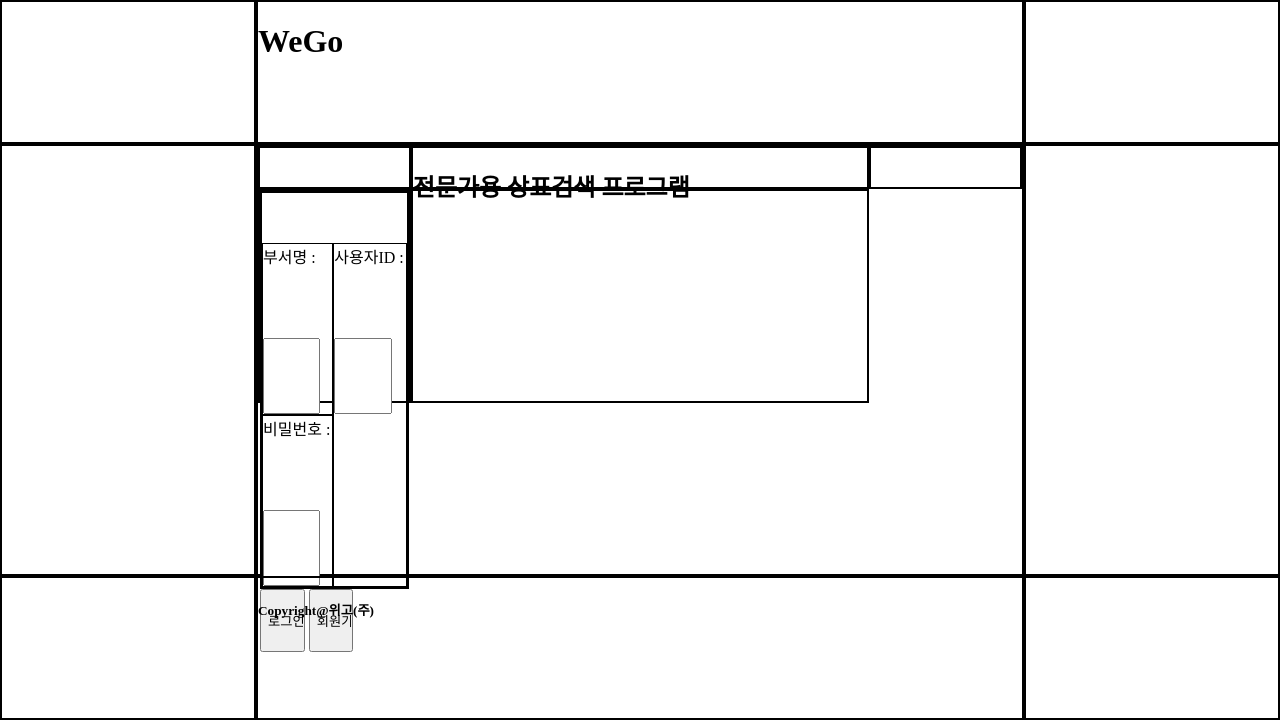
Repository: hamuse/wego1
Page: http://localhost/teamW1/facade.do
The author's editor kept a copy of each file at every save. The page is drawn from the files as they stood at one save, then again after the next save.
The browser window is 1280 px wide. The pictures show the whole page.
Some web libraries are served in a nearby version. The page is served by Tomcat 9. Other server files are loaded and not shown.

Above is the page before, as saved 2019-10-07 10:42:48.

### teamW1/WebContent/WEB-INF/views/facade/main.jsp
<%@ page language="java" contentType="text/html; charset=UTF-8"
   pageEncoding="UTF-8"%>
<%@ taglib prefix="c" uri="http://java.sun.com/jsp/jstl/core" %>
<jsp:include page="../common/head.jsp"/>
<div class="container">
<div></div><div><h2>전문가용 상표검색 프로그램</h2></div>
<div></div>

<div class="content">
<c:choose>
    <c:when test="${page eq 'login'}">
    <jsp:include page="login.jsp"/>
    </c:when>
    <c:when test="${page eq 'join'}">
    <jsp:include page="join.jsp"/>
    </c:when>
</c:choose>
</div>
<div></div>
</div>
<jsp:include page="../common/foot.jsp"/>

### teamW1/WebContent/WEB-INF/views/common/head.jsp
<%@ page language="java" contentType="text/html; charset=UTF-8"
    pageEncoding="UTF-8"%>
<!doctype html>
<html lang="en">
<head>
	<meta charset="UTF-8" />
	<title>Document</title>
	<script src='http://ajax.googleapis.com/ajax/libs/jquery/1.11.3/jquery.min.js'></script>
	<script src="${js}/app.js"></script>
	<link rel="stylesheet" type="text/css" href="${css}/style.css"></link>
</head>
<body>
<div class="wrapper" style="width: 100%; height:100%">
<div></div><div><h1>WeGo</h1></div><div></div>
<div></div>

### teamW1/WebContent/WEB-INF/views/facade/login.jsp
<%@ page language="java" contentType="text/html; charset=UTF-8"
   pageEncoding="UTF-8"%>


<form id="login_form">
<div id="login_tab">
    <div id="login_tab_item_1">
    부서명 : <input id="d_Name" class="input_text" type="text" name="dName"/>
    </div>
    <div id="login_tab_item_2">
    사용자ID : <input id="userName" class="input_text" type="text" name="empNo"/>
    </div>
    <div id="login_tab_item_3">
    비밀번호 : <input id="userPw" class="input_text" type="text" name="eName"/>
    </div>
</div>
    <input type="hidden" name="action" value="login" />
    <input type="hidden" name="page" value="mypage" />
    <input id="login_btn" type="button" value="로그인"/>
    <input id="join_btn" type="button" value="회원가입"/>
</form>


<script>
/*$('#login_btn').click(function(){
    alert('쫌!!!!떠라!!!!');
}); */
app.init('${ctx}');
</script>

### teamW1/WebContent/WEB-INF/views/common/foot.jsp
<%@ page language="java" contentType="text/html; charset=UTF-8"
    pageEncoding="UTF-8"%>

<div></div><div></div><div><h5>Copyright@위고(주)</h5></div>
<div></div>

</body>
</html>

### teamW1/src/com/web/team1/controllers/FacadeController.java
package com.web.team1.controllers;

import java.io.IOException;
import javax.servlet.ServletException;
import javax.servlet.annotation.WebServlet;
import javax.servlet.http.HttpServlet;
import javax.servlet.http.HttpServletRequest;
import javax.servlet.http.HttpServletResponse;

import com.web.team1.pool.Constants;

@WebServlet("/facade.do")
public class FacadeController extends HttpServlet {
	private static final long serialVersionUID = 1L;

	enum Resources {
		CTX, CSS, JS, IMG
	}
	protected void service(HttpServletRequest request, HttpServletResponse response) throws ServletException, IOException {
		for(Resources r : Resources.values()) {
			System.out.println("퍼사드>>>>>"+r.toString().toLowerCase());
//			    request.getSession().setAttribute(r.toString().toLowerCase(), request.getContextPath()+"/resources/"+r.toString().toLowerCase());
			    request.getSession().setAttribute(r.toString().toLowerCase(), request.getContextPath()+((r.toString().toLowerCase().equals("ctx"))
			    		?"" : "/resources/"+r.toString().toLowerCase()));
		}
		if(request.getParameter("page")==(null)) {
		request.setAttribute("page","login");
	}else {
		request.setAttribute("page", request.getParameter("page"));
		}
	request.getRequestDispatcher(
				String.format(Constants.DOUBLE_PATH,
						request.getServletPath().substring(1,request.getServletPath().indexOf(".")),
						"main"))
		.forward(request,response);
//		System.out.println("야 퍼사드로 들어오냥?");
//		 request
//		  .getRequestDispatcher(
//				  String.format(Constants.DOUBLE_PATH,request.getServletPath().substring(1,request.getServletPath().indexOf(".")),
//						  "login"))
//		  .forward(request, response);

	}
}

### teamW1/WebContent/resources/js/app.js
var app= (()=>{
    return{
        init : (ctx)=>{
            $('#login_btn').click(()=>{
                alert('로그인!!!!!!');
                location.assign(ctx+'/login.do?action=login&page=mypage');
            });
            $('#join_btn').click(()=>{
                alert('회원가입 이동');
                location.assign(ctx+'/facade.do?action=move&page=join');
            });
            btn.login2(ctx);
            btnjoin.joinbtn(ctx);
        }

    };
})();
var member = (()=>{
    var _dName,_deptNo,_eName,_empNo,_dName,_job,_mgr,_hireDate,_comm;
    var setEmpNo = (empNo)=>{this._empNo = empNo;}
    var setEName = (eName)=>{this._eName = eName;}
    var setDName = (dName)=>{this._dName = dName;}
    var getEmpNo = ()=>{return this._setEmpNo;}
    var getEName = ()=>{return this._setEName;}
    var getDName = ()=>{return this._setDName;}
    return{
        setEmpNo : setEmpNo,setEName : setEName,setDName : setDName,
        getEmpNo : getEmpNo,getEName : getEName,getDName : getDName
    };
})();
var btn= (()=>{
	return{
		 login2 : (ctx)=>{
			   $('#login_btn').click(()=>{
	            	if($('#d_Name').val()===''||$('#empNo').val()===''||
	            			$('#eName').val()===''){
	            		alert('필수값이 없습니다')}
	            		else{
	            			alert('입력한 아이디 값: '+$('#empNo').val());
	            			$('#login_form')
	            			$('#login_form').attr('action', ctx+'/login.do');
	            			$('#login_form').attr('method','POST');
	            			$('#login_form').submit();
	            		}
	            });
		 }
	};
})();

var btnjoin=(()=>{
	return{
		joinbtn : (ctx)=>{
			$('#join_btn1').click(()=>{
				alert('회원가입!!!됐냐?!!!');
				$('#join_form').attr('action',ctx+'/login.do');
				$('#join_form').submit();

			});
		}
	};
})();

### teamW1/WebContent/resources/css/style.css
@charset "UTF-8";
html, body{
	margin: 0;
	height: 100%;
	overflow: hidden;
}
.wrapper{
	display: grid;
	width: 100%
	height: 100%;
	grid-template-columns: 20% 60% 20%;
	grid-template-rows: 20% 60% 20%;
}
.wrapper div{
	border: 2px solid black;
}
.container{
	display: grid;
	width: 100%
	height: 100%;
	grid-template-columns: 20% 60% 20%;
	grid-template-rows: 10% 50% 10%;
}
.container div{
	border : 2px solid black;
}
#login_tab{
	display: grid;
	width: 100%
	height: 80%
	grid-template-columns: 50% 50%;
	grid-template-rows: 50% 50%;
	margin: 0 auto;
	padding-top: 50px;
}
#join_form{width: 100%; height: 100%}
#login_form{width: 100%; height: 100%}
#login_tab div{border : 1px solid black;}
#login_tab_item_1{grid-column: 1/2;}
#login_tab_item_2{grid-column: 2/3;grid-row: 1/3;}
#login_tab_item_3{grid-column: 1/2;}
#login_btn{width: 30%; height: 30%}
#join_btn{width: 30%; height: 30%}
.input_text{width: 70%; height: 70px; margin-top: 70px}

After the next save:
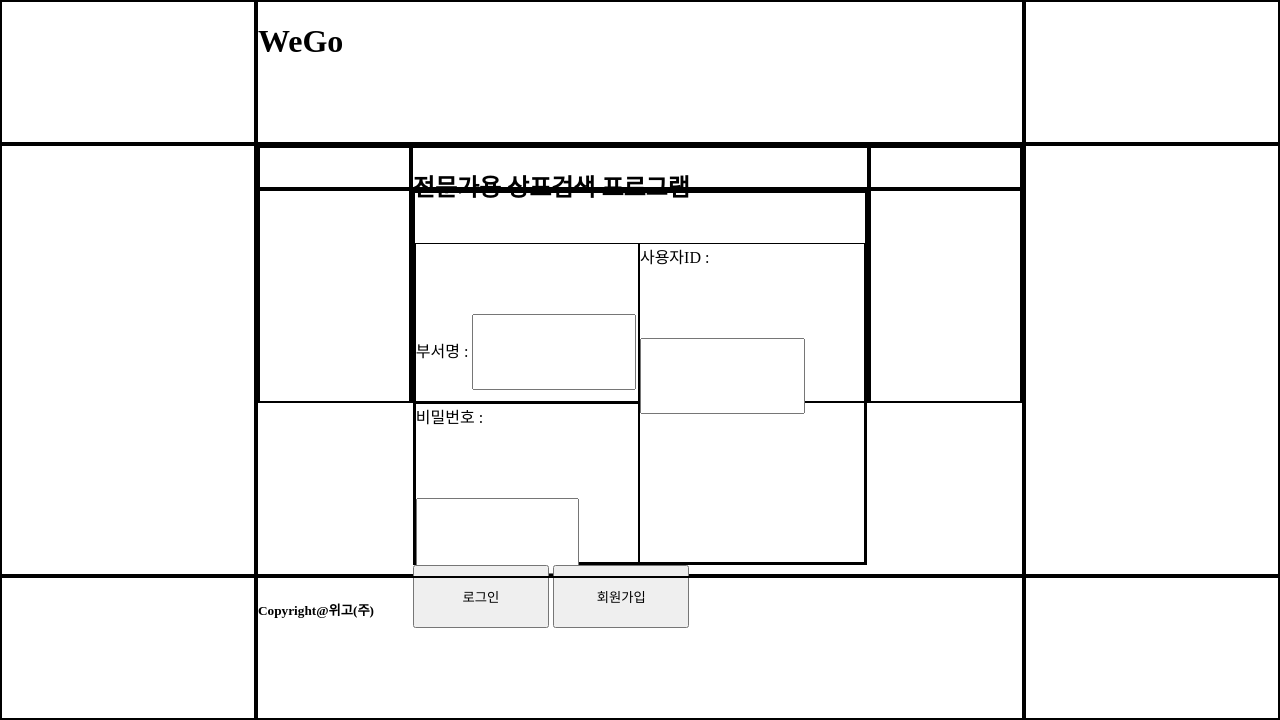
Saved 11 s later.
--- a/teamW1/WebContent/WEB-INF/views/facade/main.jsp
+++ b/teamW1/WebContent/WEB-INF/views/facade/main.jsp
@@ -4,7 +4,7 @@
 <jsp:include page="../common/head.jsp"/>
 <div class="container">
 <div></div><div><h2>전문가용 상표검색 프로그램</h2></div>
-<div></div>
+<div></div><div></div>
 
 <div class="content">
 <c:choose>
